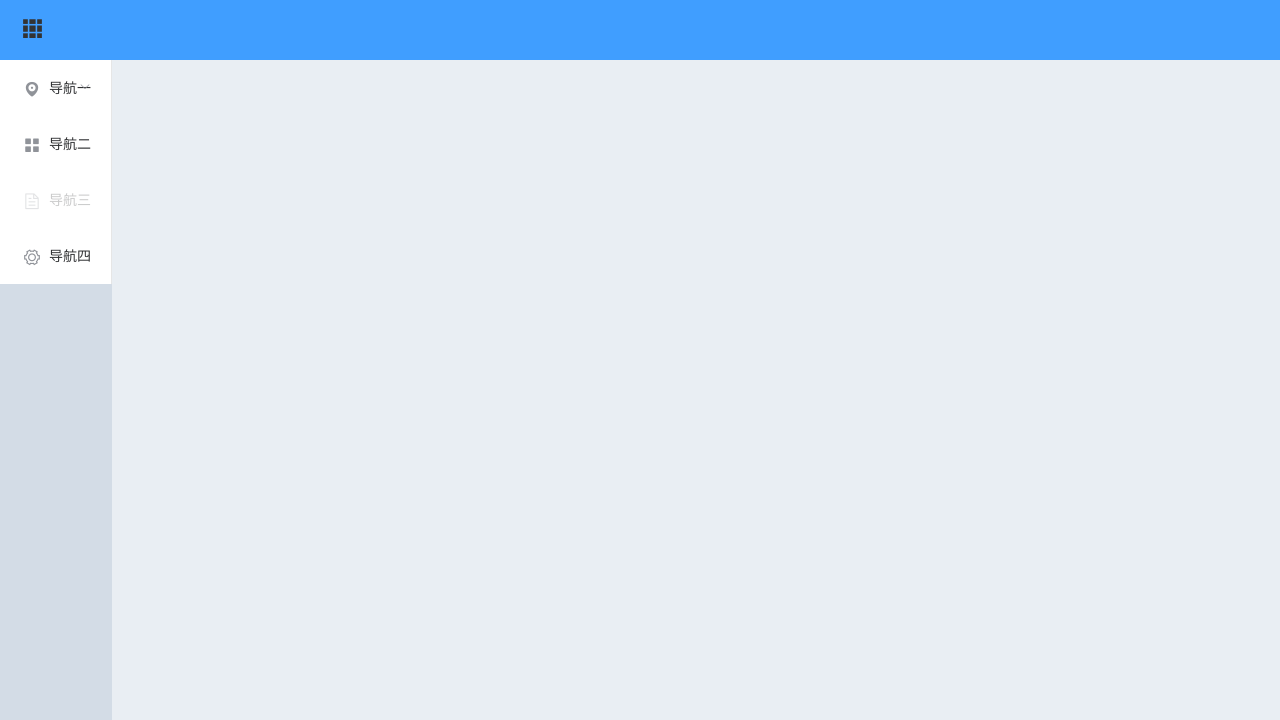
Repository: 960519152/elementui-demo-byf
Page: /#/
The author's editor kept a copy of each file at every save. The page is drawn from the files as they stood at one save, then again after the next save.
The browser window is 1280 px wide. The pictures show the whole page.
The project was rebuilt for these pictures with package versions that can differ from the ones it lists, and the page was loaded fresh each time. Also part of the build but not shown: src/components/HelloWorld.vue, src/components/Tx.vue, src/components/Tes.vue.

Above is the page before, as saved 2019-05-14 10:54:04.

### index.html
<!DOCTYPE html>
<html>

<head>
  <meta charset="utf-8">
  <meta name="viewport" content="width=device-width,initial-scale=1.0">
  <link rel="stylesheet" type="text/css" href="./static/css/base.css" />
  <title>vue-examine-backend</title>
</head>

<body style=" overflow-x: hidden;">
  <div id="app"></div>
  <!-- built files will be auto injected -->
</body>
</html>

### src/main.js
// The Vue build version to load with the `import` command
// (runtime-only or standalone) has been set in webpack.base.conf with an alias.
import Vue from 'vue'
import App from './App'
import router from './router' //路由
import ElementUI from 'element-ui'; //饿了么UI
import 'element-ui/lib/theme-chalk/index.css';  //饿了么UI

Vue.config.productionTip = false
Vue.use(ElementUI); //饿了么UI



/* eslint-disable no-new */
new Vue({
  el: '#app',
  router,
  components: { App },
  template: '<App/>'
})

### src/App.vue
<template>
  <div id="app">
    <router-view></router-view>
  </div>
</template>

<script>
  export default {
    name: 'app',
    methods: {

    }
  }

</script>

<style scoped lang="scss">
  #app {
    position: absolute;
    width: 100%;
    height: 100%;
  }
</style>

### src/router/index.js
import Vue from 'vue'
import Router from 'vue-router'
import HelloWorld from '@/components/HelloWorld'
import Home from '@/components/Home'
import Tx from '@/components/Tx'
import Tes from '@/components/Tes'

Vue.use(Router)

export default new Router({
  routes: [
    {
      path: '/',
      name: '主要菜单',
      component: Home,
      iconCls: 'el-icon-platform-eleme',
      children: [
        { path: '/Tx', component: Tx, name: '菜单1' },
        { path: '/Tes', component: Tes, name: '菜单2' }
      ]
    },
    {
      path: '/',
      name: 'HelloWorld',
      leaf: true,//只有一个节点
      component: Home,
      iconCls: 'el-icon-s-home',
      children: [
        { path: '/HelloWorld', component: HelloWorld, name: '单独的' },
      ]
    }
  ]
})

### src/components/Home.vue
<template>
  <div id="app">
    <el-container class="menu">
      <el-header class="header">
        <i class="el-icon-s-grid menumedia" @click="k"></i>
      </el-header>
      <el-container>
        <el-aside>
          <!-- <el-row class="tac">
            <el-col :span="24">
              <div class="div-logo">
                <img src="../../static/image/logo.png">
              </div>



              <el-menu :default-active="$route.path" class="el-menu-vertical-demo" unique-opened router v-show="true"
                @open="handleOpen" @close="handleClose" :collapse="isCollapse">
                <template v-for="(item,index) in $router.options.routes" v-if="!item.hidden">
                  <el-submenu :index="index+''" v-if="!item.leaf">
                    <template slot="title">
                      <i :class="item.iconCls"></i>
                      <span slot="title">{{item.name}}</span>
                    </template>
                    <el-menu-item v-for="child in item.children" :index="child.path" :key="child.path"
                      v-if="!child.hidden"> <span slot="title"> {{child.name}}</span></el-menu-item>
                  </el-submenu>
                  <el-menu-item v-if="item.leaf&&item.children.length==1" :index="item.children[0].path">
                    <i :class="item.iconCls"></i>
                    <span slot="title"> {{item.children[0].name}}</span>
                  </el-menu-item>
                </template>
              </el-menu>
            </el-col>
          </el-row> -->
          <el-menu default-active="1-4-1" class="el-menu-vertical-demo" @open="handleOpen" @close="handleClose" router :collapse="isCollapse">
  <el-submenu index="1">
    <template slot="title">
      <i class="el-icon-location"></i>
      <span slot="title">导航一</span>
    </template>
     <el-menu-item index="1-1">选项1</el-menu-item>
     <el-menu-item index="1-2">选项2</el-menu-item>
  </el-submenu>
  <el-menu-item index="2">
    <i class="el-icon-menu"></i>
    <span slot="title">导航二</span>
  </el-menu-item>
  <el-menu-item index="3" disabled>
    <i class="el-icon-document"></i>
    <span slot="title">导航三</span>
  </el-menu-item>
  <el-menu-item index="4">
    <i class="el-icon-setting"></i>
    <span slot="title">导航四</span>
  </el-menu-item>
</el-menu>
        </el-aside>
        <el-main>
          <router-view></router-view>
        </el-main>
      </el-container>
    </el-container>
  </div>
</template>

<script>
  export default {
    name: "Home",
    data() {
      return {
        isCollapse: false
      }
    },
    methods: {
      handleOpen(key, keyPath) {
        console.log(key, keyPath);
      },
      handleClose(key, keyPath) {
        console.log(key, keyPath);
      },
      k(){
        if(this.isCollapse){
          this.isCollapse=false
        }else{
          this.isCollapse=true
        }
      }
    },
    watch:{
      isCollapse(){
        console.log(this.isCollapse);
      }
    }
  };

</script>

<style scoped lang="scss">
  @import "../../static/css/base.scss";

  .menu {
    width: 100%;
    height: 100%;
  }

  .div-logo {
    width: 100%;
    height: 135px;

    img {
      width: 45%;
    }
  }

  .header {
    font-size: 25px;
    text-align: left !important;
  }

  // .left-aside {
  //   width: 200px !important;
  //   overflow-x: hidden;
  // }

  .el-header,
  .el-footer {
    background-color: #b3c0d1;
    color: #333;
    text-align: center;
    line-height: 60px;
  }

  .el-aside {
    background-color: #d3dce6;
    color: #333;
    text-align: center;
    line-height: 200px;
  }

  .el-main {
    background-color: #e9eef3;
    color: #333;
    text-align: center;
    line-height: 160px;
  }

  body>.el-container {
    margin-bottom: 40px;
  }

  .el-container:nth-child(5) .el-aside,
  .el-container:nth-child(6) .el-aside {
    line-height: 260px;
  }

  .el-container:nth-child(7) .el-aside {
    line-height: 320px;
  }

  .el-submenu {
    text-align: left;
    // padding-left: 10px;
  }

  .el-menu-item {
    text-align: left;
    // padding-left: 30px !important;
  }

  // i {
  //   vertical-align: text-bottom !important;
  // }
  .el-aside{
    width: auto !important;
  }

  @media screen and (min-width: $smallSize) {
    .header {
      background:#409EFF;

      i {
        display: inline;
      }
    }
  }

  @media screen and (max-width: $smallSize) {
    .header {
      background: #409EFF;

      i {
        display: inline;
      }
    };
  }

  @media screen and (max-width: $smallSize) {
    // .el-aside{
    //   left: -100%;
    //   position: relative;
    // }
  }

</style>

### static/css/base.scss
$smallSize: 700px;



body {
    height: 100%;
    width: 100%;
    margin: 0;
    padding: 0;
    font-size: 16px;
    overflow-x: hidden;
  }

### static/css/base.css
body {
    height: 100%;
    width: 100%;
    margin: 0;
    padding: 0;
    font-size: 16px;
    overflow-x: hidden;
  }

After the next save:
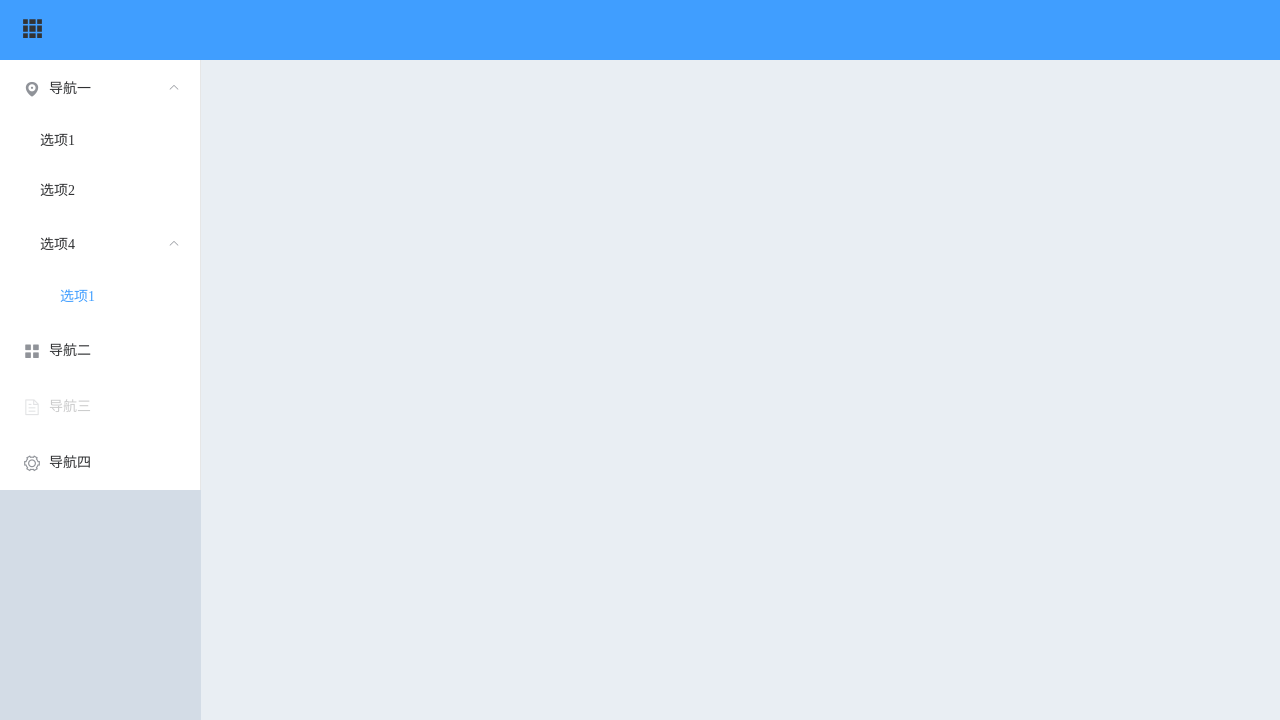
Saved 23 s later.
--- a/src/components/Home.vue
+++ b/src/components/Home.vue
@@ -41,6 +41,10 @@
     </template>
      <el-menu-item index="1-1">选项1</el-menu-item>
      <el-menu-item index="1-2">选项2</el-menu-item>
+    <el-submenu index="1-4">
+      <span slot="title">选项4</span>
+      <el-menu-item index="1-4-1">选项1</el-menu-item>
+    </el-submenu>
   </el-submenu>
   <el-menu-item index="2">
     <i class="el-icon-menu"></i>
